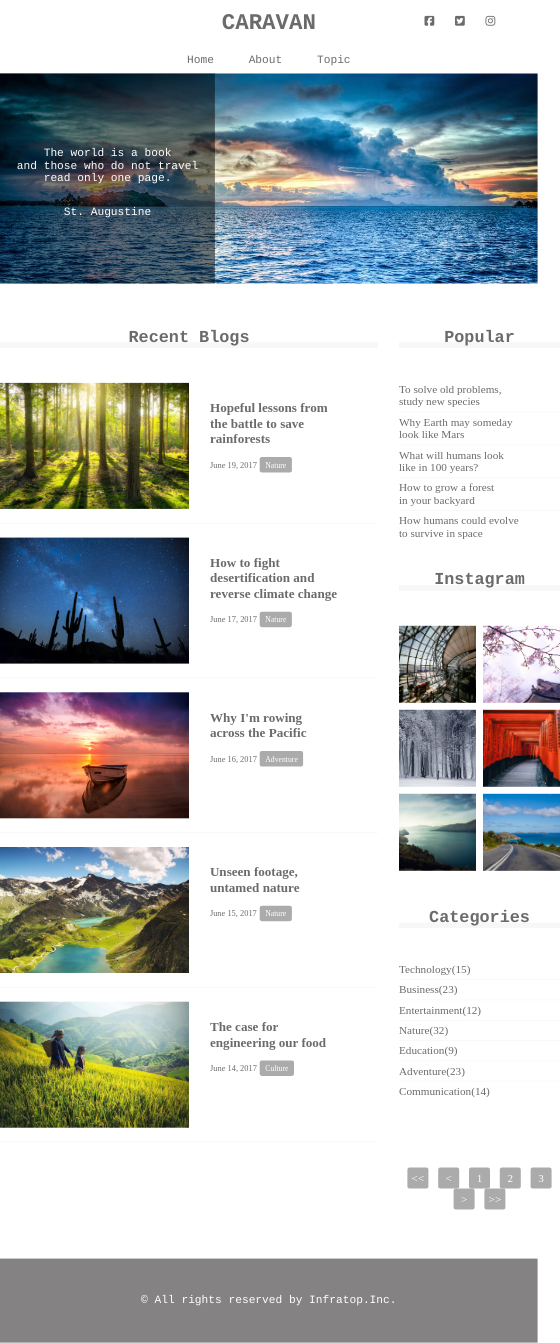
Repository: Hirotaka-DWC/dmm_webcamp_task_1
Page: caravan/index.html
The author's editor kept a record of every edit. The page is drawn from the files as they stood at one moment, then again after the next edit.
The browser window is 768 px wide. The page is 800 px wide, then 768 px, so the pictures cover 800 px, including what lies to the right of the window. The pictures show the part of the page from y = 0 to 2240 px (the page is 1918 px tall before and 2826 px after), at 70% of full size.
Some web libraries are served in a nearby version.

Above is the page before.

### caravan/index.html
<!DOCTYPE html>
<html lang="ja">
  <head>
    <meta charset="UTF-8" />
    <meta name="viewport" content="width=device-width,initial-scale=1.0">
    <script src="https://kit.fontawesome.com/d6fdb5c676.js" crossorigin="anonymous"></script>
    <!-- CSSファイルの読み込み -->
    <link rel="stylesheet" href="style.css" />
    <title>CARAVAN</title>
  </head>

  <body>
    <!-- header -->
    <header>
      <h1 class="heading">
        <a href="index.html">
          CARAVAN
        </a>
      </h1>
       <div class="social">
             <i class="fab fa-facebook-square"></i>
    <i class="fab fa-twitter-square"></i>
    <i class="fab fa-instagram"></i>
       </div>
    </header>
        <!-- navigation -->
    <nav>
      <ul class="nav-list">
        <li class="nav-list-item">
          <a href="index.html">Home</a>
        </li>
        <li class="nav-list-item">About</li>
        <li class="nav-list-item">Topic</li>
      </ul>
    </nav>
    <div class="main-visual">
      <div class="main-visual-content">
        <p class="main-visual-text">
          The world is a book<br />
          and those who do not travel<br />
          read only one page.
        </p>
        <p class="main-visual-name">
          St. Augustine
        </p>
      </div>
    </div>
    <main>
      <section class="blog">
        <h2 class="blog-heading">Recent Blogs</h2>
                        <div class="blog-box">
          <div class="blog-item">
            <img class="blog-image" src="img/forest.jpg" />
            <section class="blog-text">
              <h3 class="blog-text-heading">
                <a href="single.html">
                  Hopeful lessons from<br>
                  the battle to save<br>
                  rainforests
                </a>
              </h3>
              <p class="blog-date">June 19, 2017</p>
              <span class="category">Nature</span>
            </section>
          </div>
          <div class="blog-item">
            <img class="blog-image" src="img/desert.jpg" />
            <section class="blog-text">
              <h3 class="blog-text-heading">
                <a href="single.html">
                  How to fight<br>
                  desertification and<br>
                  reverse climate change
                </a>
              </h3>
              <p class="blog-date">June 17, 2017</p>
              <span class="category">Nature</span>
            </section>
          </div>
          <div class="blog-item">
            <img class="blog-image" src="img/sunset.jpg" />
            <section class="blog-text">
              <h3 class="blog-text-heading">
                <a href="single.html">
                  Why I'm rowing<br>
                  across the Pacific
                </a>
              </h3>
              <p class="blog-date">June 16, 2017</p>
              <span class="category">Adventure</span>
            </section>
          </div>
          <div class="blog-item">
            <img class="blog-image" src="img/italy.jpg" />
            <section class="blog-text">
              <h3 class="blog-text-heading">
                <a href="single.html">
                  Unseen footage,<br>
                  untamed nature
                </a>
              </h3>
              <p class="blog-date">June 15, 2017</p>
              <span class="category">Nature</span>
            </section>
          </div>
          <div class="blog-item">
            <img class="blog-image" src="img/asia.jpg" />
            <section class="blog-text">
              <h3 class="blog-text-heading">
                <a href="single.html">
                  The case for<br>
                  engineering our food
                </a>
              </h3>
              <p class="blog-date">June 14, 2017</p>
              <span class="category">Culture</span>
            </section>
          </div>
        </div>
      </section>
            <div class="sidebar">
        <section class="popular">
          <h2 class="popular-heading common-heading">Popular</h2>
          <div class="sidebar-contents">
            <p class="popular-text">To solve old problems,<br>study new species</p>
            <p class="popular-text">Why Earth may someday<br>look like Mars</p>
            <p class="popular-text">What will humans look<br>like in 100 years?</p>
            <p class="popular-text">How to grow a forest<br>in your backyard</p>
            <p class="popular-text">How humans could evolve<br>to survive in space</p>
          </div>
        </section>
        <section class="instagram">
          <h2 class="instagram-heading common-heading">Instagram</h2>
          <div class="sidebar-contents">
            <div class="instagram-box"></div>
            <div class="instagram-box"></div>
            <div class="instagram-box"></div>
            <div class="instagram-box"></div>
            <div class="instagram-box"></div>
            <div class="instagram-box"></div>
          </div>
        </section>
        <section class="categories">
          <h2 class="categories-heading common-heading">Categories</h2>
          <div class="sidebar-contents">
            <p class="categories-text">Technology(15)</p>
            <p class="categories-text">Business(23)</p>
            <p class="categories-text">Entertainment(12)</p>
            <p class="categories-text">Nature(32)</p>
            <p class="categories-text">Education(9)</p>
            <p class="categories-text">Adventure(23)</p>
            <p class="categories-text">Communication(14)</p>
          </div>
        </section>
        <div class="pagination">
          <p><<</p>
          <p><</p>
          <p>1</p>
          <p>2</p>
          <p>3</p>
          <p>></p>
          <p>>></p>
        </div>
      </div>
    </main>
    <footer>
      <p class="footer-text">© All rights reserved by Infratop.Inc.</p>
    </footer>
  </body>
</html>

### caravan/style.css
/* ブラウザがそれぞれ持っているCSSをリセットするための記述 */
* {
  margin: 0;
  padding: 0;
  box-sizing: border-box;
  color: #6c6b6b;
}

header, nav, h2, .main-visual, footer {
  font-family: Chalkduster, "Bradley Hand", Courier, "Segoe Print", sans-serif;
}

a {
  text-decoration: none;
}

header {
  position: relative;
  width: 90%; /* 横幅90% */
  padding: 15px 0;
  margin: 0 auto;
  text-align: center;
}

header .heading { /* headerタグ内のheadingクラスにのみ反映される */
  font-size: 32px;
}

.social {
  position: absolute; /* headerの左上を基準に絶対位置で指定する */
  top: 22px; /* headerの左上から22px下側へ移動する */
  right: 22px; /* headerの右上から22px左側へ移動する */
}

.social i {
  display: inline-block;
  margin-left: 20px;
}

.nav-list {
  text-align: center;
  padding: 10px 0;
  margin: 0 auto;
}

.nav-list-item {
  list-style: none;
  display: inline-block;
  margin: 0 20px;
}

.main-visual {
  width: 100%; /* 横幅いっぱい */
  height: 300px; /* 高さ300px */
  background-image: url(img/mv.jpg);
  background-size: cover; /* 縦横比を維持したまま背景領域を埋め尽くす */
  background-position: center; /* 背景画像を中央に配置 */
}

.main-visual-content {
  width: 40%; /* 横幅40% */
  height: 300px; /* 親の高さに揃える */
  background-color: rgba( 0, 0, 0, 0.5); /* 背景色を半透明の黒にする */
  padding-top: 105px; /* 上側の内側余白で垂直方向の位置を調整 */
  text-align: center;
}

.main-visual-text {
  color: #fff; /* 文字色を白に変更 */
}

.main-visual-name {
  margin-top: 30px; /* 上側の外側の余白 */
  color: #fff; /* 文字色を白に変更 */
}

main {
  width: 800px; /* 横幅800px */
  display: flex; /* Flexboxの利用 */
  justify-content: center; /* 要素の横並び・中央寄せ */
  margin: 0 auto; /* 要素の中央揃え */
  padding: 70px 0; /* 上下に70px、左右に0pxの内側余白 */
}

.blog {
  width: 540px;
  margin-right: 30px; /* 領域の右側余白 */
}

.blog-heading {
  border-bottom: 8px solid #f7f7f7;
  text-align: center;
  line-height: 0.6;
}

.blog-box {
  padding-top: 50px;
}

.blog-item {
  padding-bottom: 20px;
  margin-bottom: 20px;
  border-bottom: 1px solid #f7f7f7;
  display: flex;
  justify-content: flex-start;
}

.blog-image {
  height: 180px;
}

.blog-text {
  padding: 25px 0 0 30px;
}

.blog-text-heading {
  padding-bottom: 15px;
}

.blog-date {
  font-size: 12px;
  display: inline-block;
}

.category {
  display: inline-block;
  padding: 5px 8px;
  background-color: #acabab;
  border-radius: 3px;
  color: #fff;
  font-size: 11px;
}

.sidebar {
  width: 230px;
}

.common-heading {
  border-bottom: 8px solid #f7f7f7;
  text-align: center;
  line-height: 0.6;
}

.sidebar-contents {
  padding: 50px 0;
}

.popular-text,
.categories-text {
  padding-bottom: 5px;
  border-bottom: 1px solid #f7f7f7;
  margin-bottom: 5px;
}

.popular-text:last-child,
.categories-text:last-child {
  margin: 0;
  padding: 0;
  border: none;
}

.instagram .sidebar-contents {
  display: flex;
  flex-wrap: wrap;
}

.instagram-box {
  width: 110px;
  padding-top: 110px;
  background-size: cover;
  background-position: center;
  margin-bottom: 10px;
}

.instagram-box:nth-child(odd) {
  margin: 0 10px 10px 0;
}

.instagram-box:nth-child(1) {
  background-image: url(img/airport.jpg);
}

.instagram-box:nth-child(2) {
  background-image: url(img/japan.jpg);
}

.instagram-box:nth-child(3) {
  background-image: url(img/snow.jpg);
}

.instagram-box:nth-child(4) {
  background-image: url(img/japan2.jpg);
}

.instagram-box:nth-child(5) {
  background-image: url(img/lake.jpg);
}

.instagram-box:nth-child(6) {
  background-image: url(img/road.jpg);
}

.pagination {
  text-align: center;
  padding-top: 50px;
}

.pagination p {
  display: inline-block;
  width: 30px;
  height: 30px;
  margin: 0 5px;
  color: #fff;
  background-color: #acabab;
  border-radius: 3px;
  line-height: 30px;
}

footer {
  width: 100%;
  height: 120px;
  text-align: center;
  line-height: 120px;
  background-color: #848282;
}

.footer-text {
  color: #fff;
}

After the next edit:
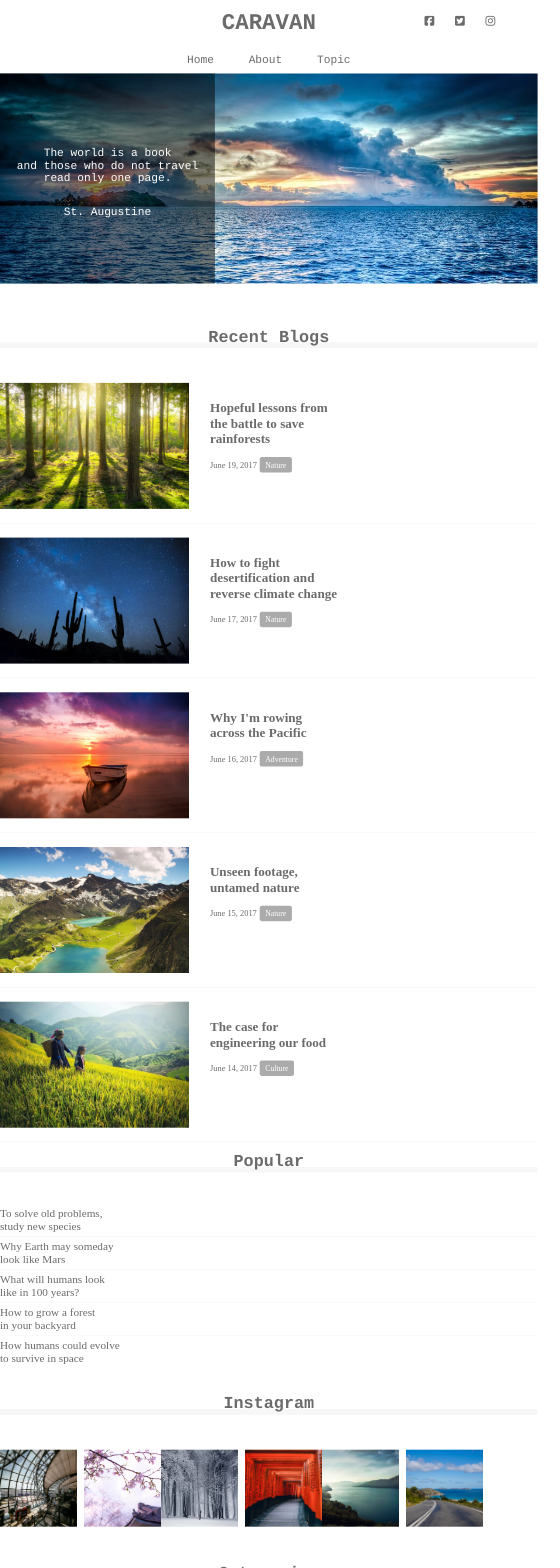
The edit:
--- a/caravan/style.css
+++ b/caravan/style.css
@@ -227,3 +227,21 @@
 .footer-text {
   color: #fff;
 }
+
+/* メディアクエリ */
+@media (max-width: 768px) {
+  main {
+    width: 100%;
+    flex-direction: column;
+    align-items: center;
+  }
+
+  .blog {
+    width: 100%;
+    margin-right: 0;
+  }
+
+  .sidebar {
+    width: 100%;
+  }
+}
